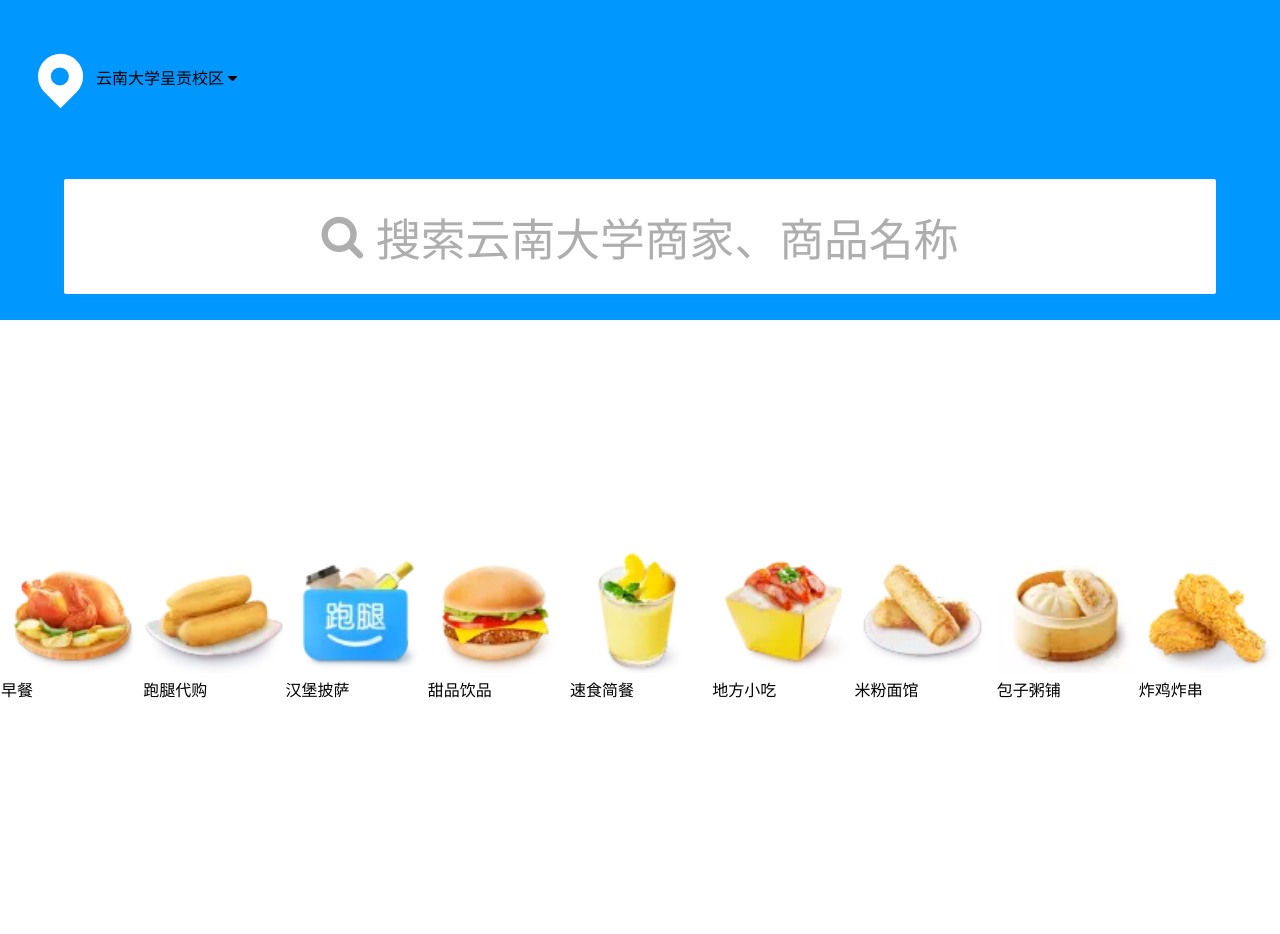
Repository: F000top/ele
Page: index.html
An editor plug-in stored every save of this project. The page is shown before and after a run of saves, followed by the edit.
The browser window is 1280 px wide. The pictures show the whole page.

Above is the page before, as saved 2022-06-07 21:29:55.

After the next 2 saves:
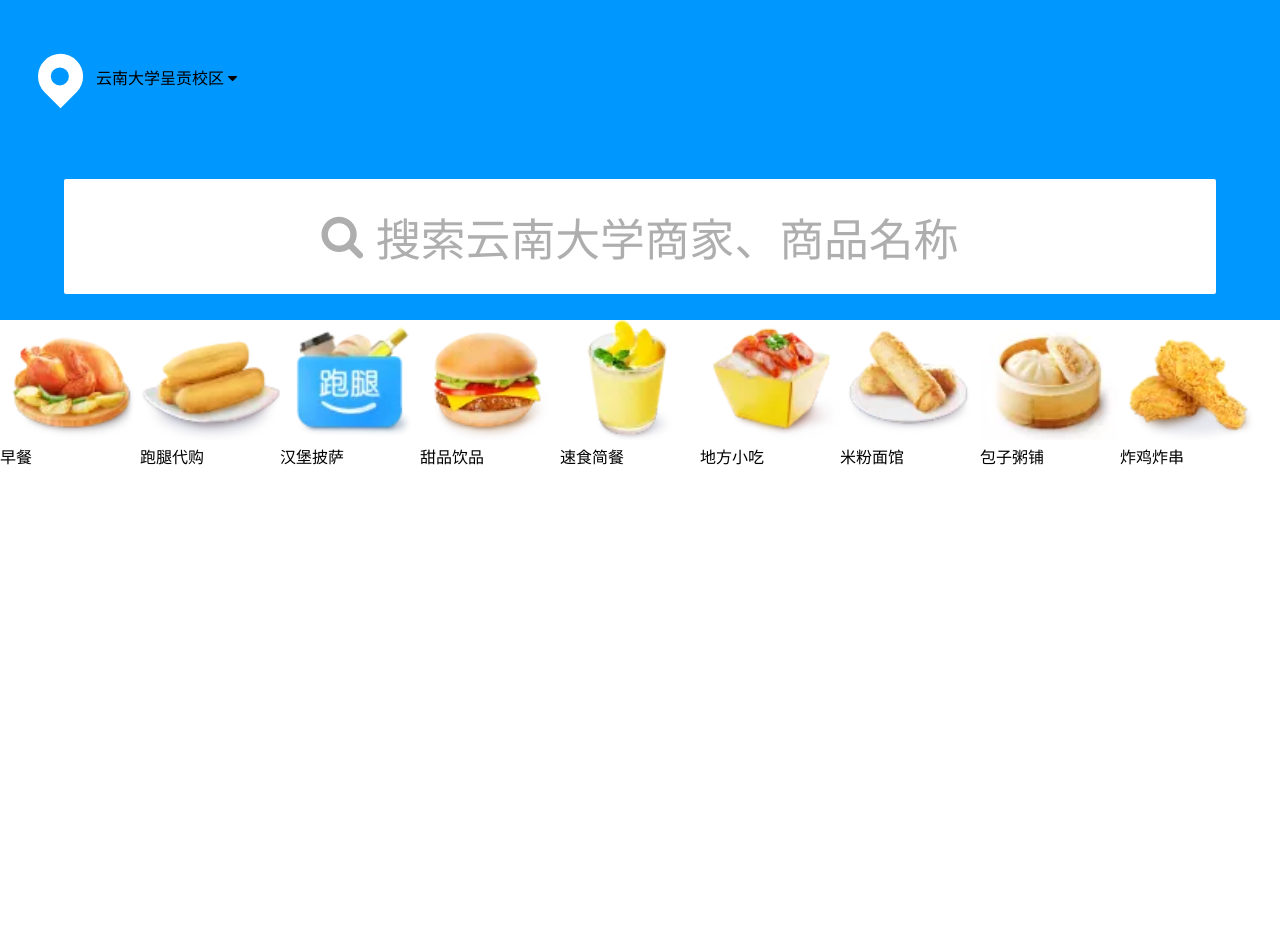
The 2 saves are shown as one change because they came seconds apart.
The last was saved 12 s later.
--- a/css/index.css
+++ b/css/index.css
@@ -71,12 +71,10 @@
 /* 点餐分类部分的css */
 
 .wrapper .foodtype{
-	width: 100%;
-	height: 48vw;
+    width: 100%;
+    height: 48vw;
 
-	display: flex;
-	flex-wrap: wrap;
-	justify-content: space-around;
-	/*要使用align-content。10个子元素将自动换行为两行，而且两行作为一个整体垂直居中*/
-	align-content: center;
+    display: flex;
+    flex-wrap:wrap ;
+
 }
